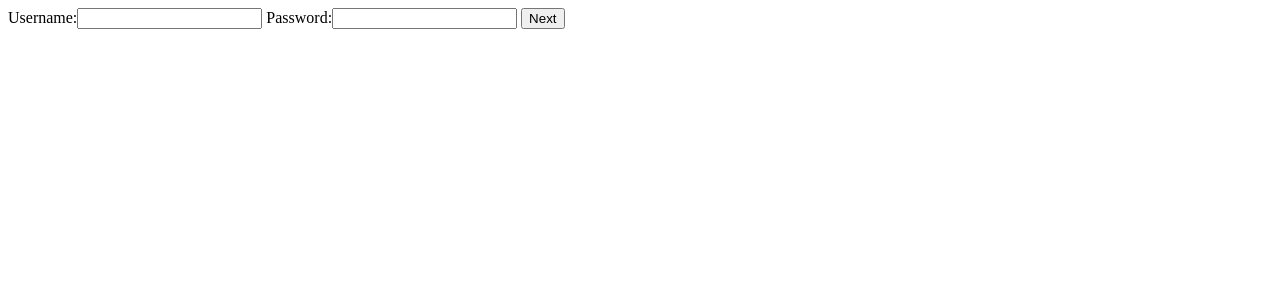
Repository: nagarjuna0287/workspace
Page: JspProject/WebContent/SampleJsp.html
The author's editor kept a copy of each file at every save. The page is drawn from the files as they stood at one save, then again after the next save.
The browser window is 1280 px wide. The pictures show the whole page.

Above is the page before, as saved 2017-03-11 22:47:09.

After the next save:
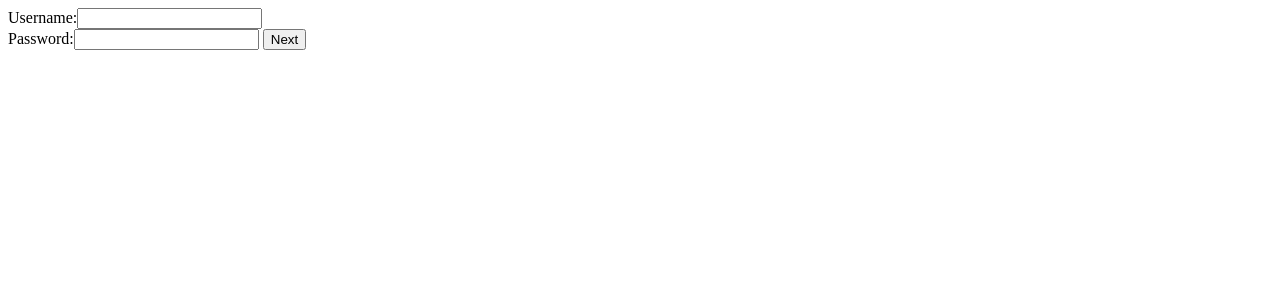
Saved 17 s later.
--- a/JspProject/WebContent/SampleJsp.html
+++ b/JspProject/WebContent/SampleJsp.html
@@ -6,7 +6,7 @@
 </head>
 <body>
 <form action="SampleJsp.jsp">
-Username:<input type="text" name="uname"/>
+Username:<input type="text" name="uname"/><br>
 Password:<input type="password" name="pwd"/>
 <input type="submit" value="Next"/>
 </form>
